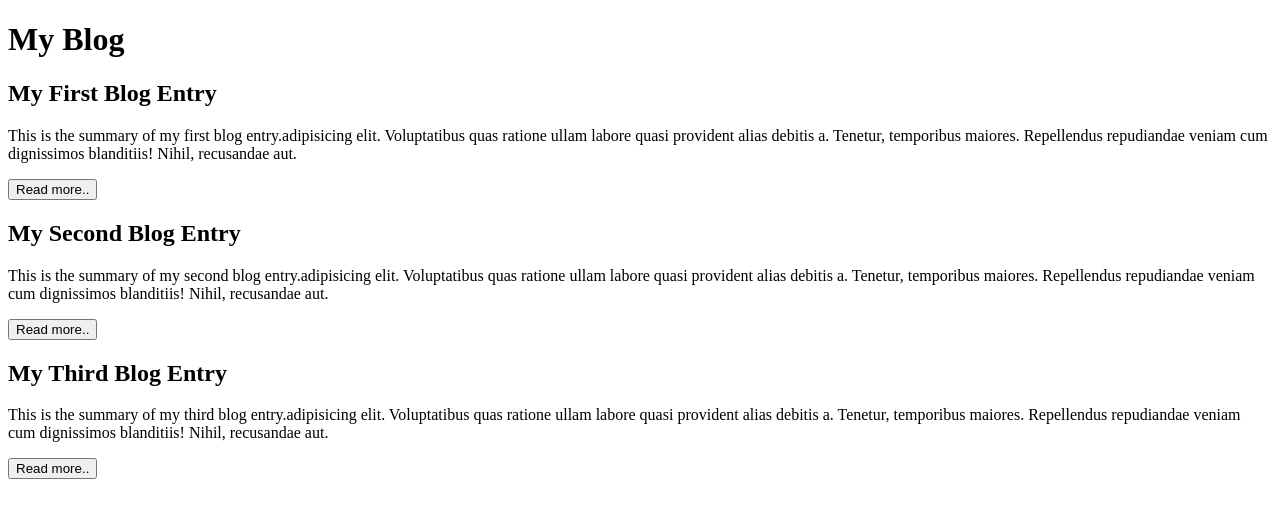
Repository: deniseada/class1
Page: /
These files come from the project's save history. The page is drawn as it stood at one moment and after the next save; the edit follows.
The browser window is 1280 px wide. The pictures show the whole page.
The project was rebuilt for these pictures with package versions that can differ from the ones it lists, and the page was loaded fresh each time. Also part of the build but not shown: vite.config.js, src/index.css.

Above is the page before, as saved 2025-09-10 13:50:23.

### index.html
<!DOCTYPE html>
<html lang="en">
  <head>
    <meta charset="UTF-8" />
    <!-- <link rel="icon" type="image/svg+xml" href="/vite.svg" />
-->
    <link rel="icon" type="image/png" href="/favicon.ico" />
    <meta name="viewport" content="width=device-width, initial-scale=1.0" />
    <title>class1-React</title>
  </head>
  <body>
    <div id="root"></div>
    <script type="module" src="/src/main.jsx"></script>
  </body>
</html>

### src/App.jsx
function App() {
  return (
    <div>
      <h1>My Blog</h1>
      <BlogEntry
        title="My First Blog Entry"
        summary="This is the summary of my first blog entry."
      />
      <BlogEntry
        title="My Second Blog Entry"
        summary="This is the summary of my second blog entry."
      />
      <BlogEntry
        title="My Third Blog Entry"
        summary="This is the summary of my third blog entry."
      />
    </div>
  );
}

function BlogEntry(props) {
  return (
    <div>
      <h2>{props.title}</h2>
      <p>
        {props.summary}
        adipisicing elit. Voluptatibus quas ratione ullam labore quasi provident
        alias debitis a. Tenetur, temporibus maiores. Repellendus repudiandae
        veniam cum dignissimos blanditiis! Nihil, recusandae aut.
      </p>
      <button>Read more..</button>
    </div>
  );
}

export default App;

Loaded but not shown: src/main.jsx (common file)

After the next save:
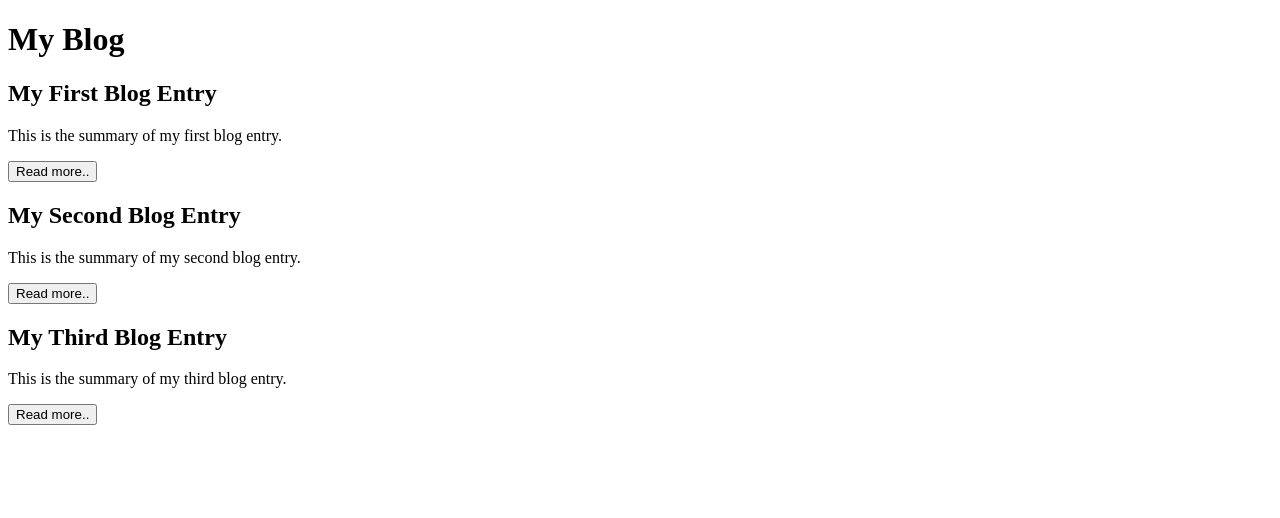
Saved 6 s later.
--- a/src/App.jsx
+++ b/src/App.jsx
@@ -22,12 +22,7 @@ function BlogEntry(props) {
   return (
     <div>
       <h2>{props.title}</h2>
-      <p>
-        {props.summary}
-        adipisicing elit. Voluptatibus quas ratione ullam labore quasi provident
-        alias debitis a. Tenetur, temporibus maiores. Repellendus repudiandae
-        veniam cum dignissimos blanditiis! Nihil, recusandae aut.
-      </p>
+      <p>{props.summary}</p>
       <button>Read more..</button>
     </div>
   );
